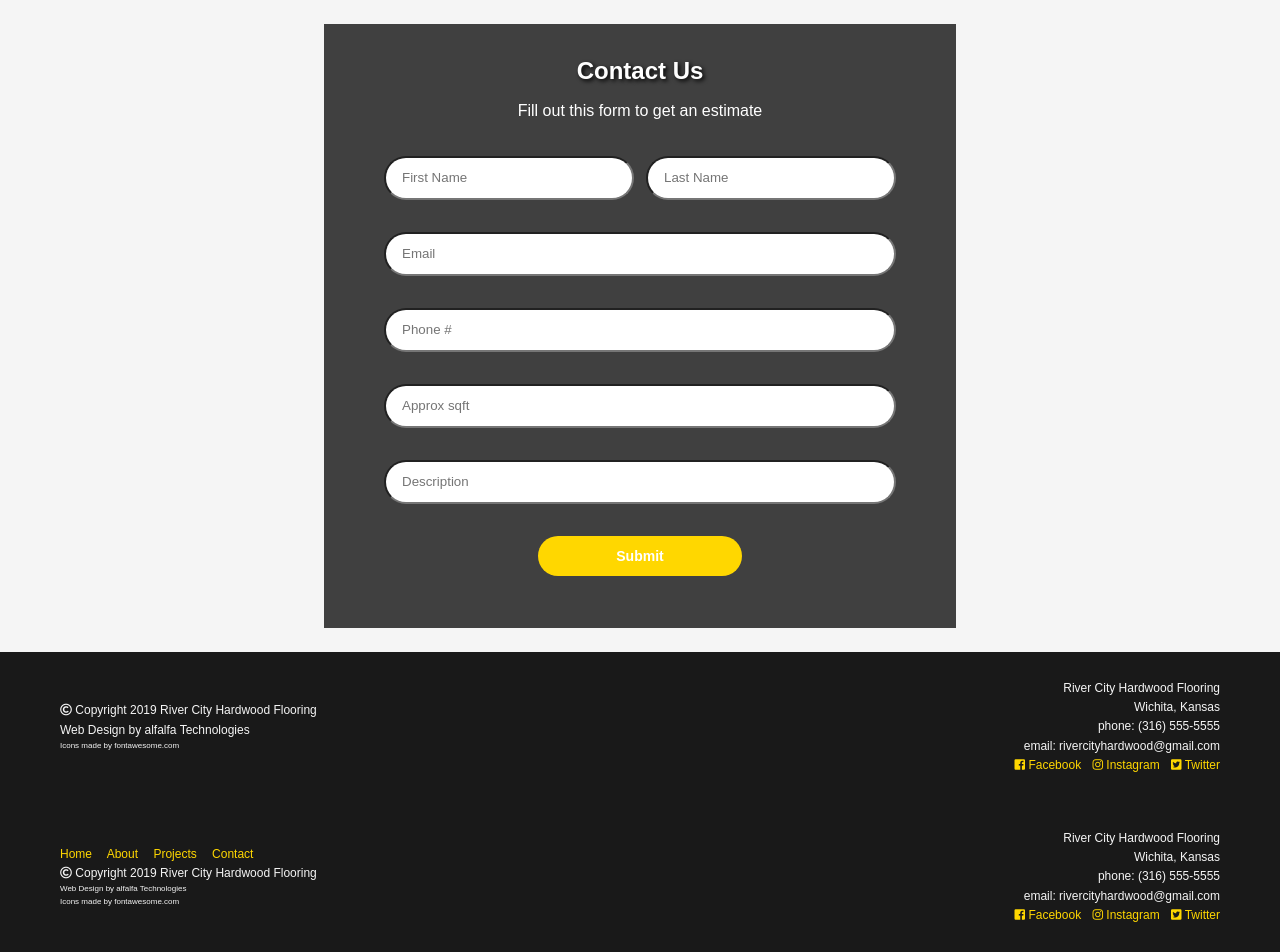
Repository: talfers/river-city-flooring
Page: http://localhost/contact
The author's editor kept a record of every edit. The page is drawn from the files as they stood at one moment, then again after the next edit.
The browser window is 1280 px wide. The pictures show the part of the page from y = 256 to 1208 px (the page is 1208 px tall).
Some web libraries are served in a nearby version. The page is served by the project's Node server (app.js).

Above is the page before.
Console error: ReferenceError: SmoothScroll is not defined

After the next edit:
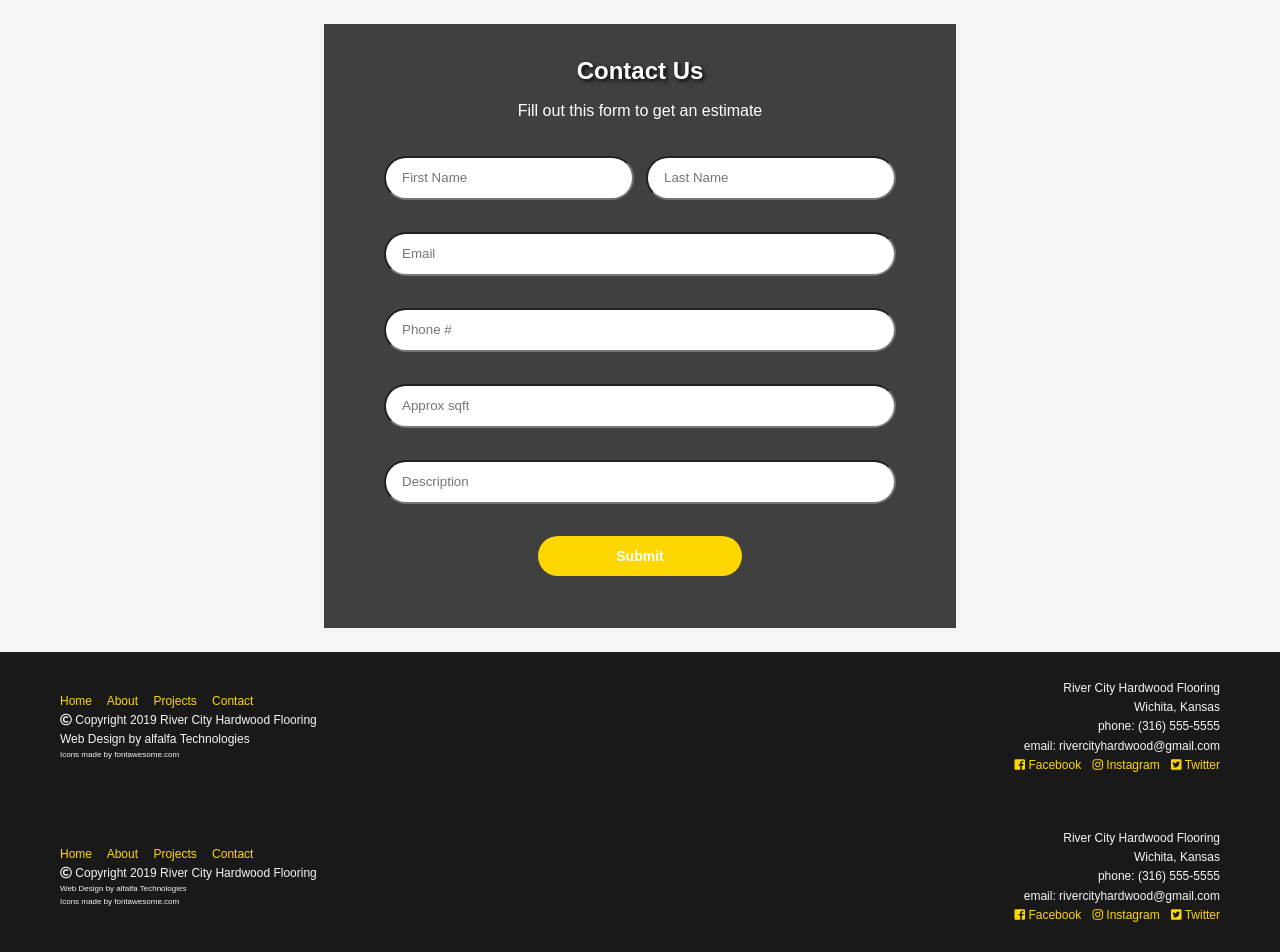
The edit:
--- a/views/contact.ejs
+++ b/views/contact.ejs
@@ -28,6 +28,12 @@
 </div>
 <footer>
         <div class='foot-left'>
+            <div class='footer-nav'>
+                <a href='/'>Home</a>
+                <a href='/about'>About</a>
+                <a href='/projects'>Projects</a>
+                <a href='/contact'>Contact</a>
+            </div>
             <div><i class="far fa-copyright"></i>  Copyright 2019 River City Hardwood Flooring</div>
             <p>Web Design by alfalfa Technologies</p>
             <div class='credits'>Icons made by <a href="https://www.fontawesome.com/">fontawesome.com</a></div>
